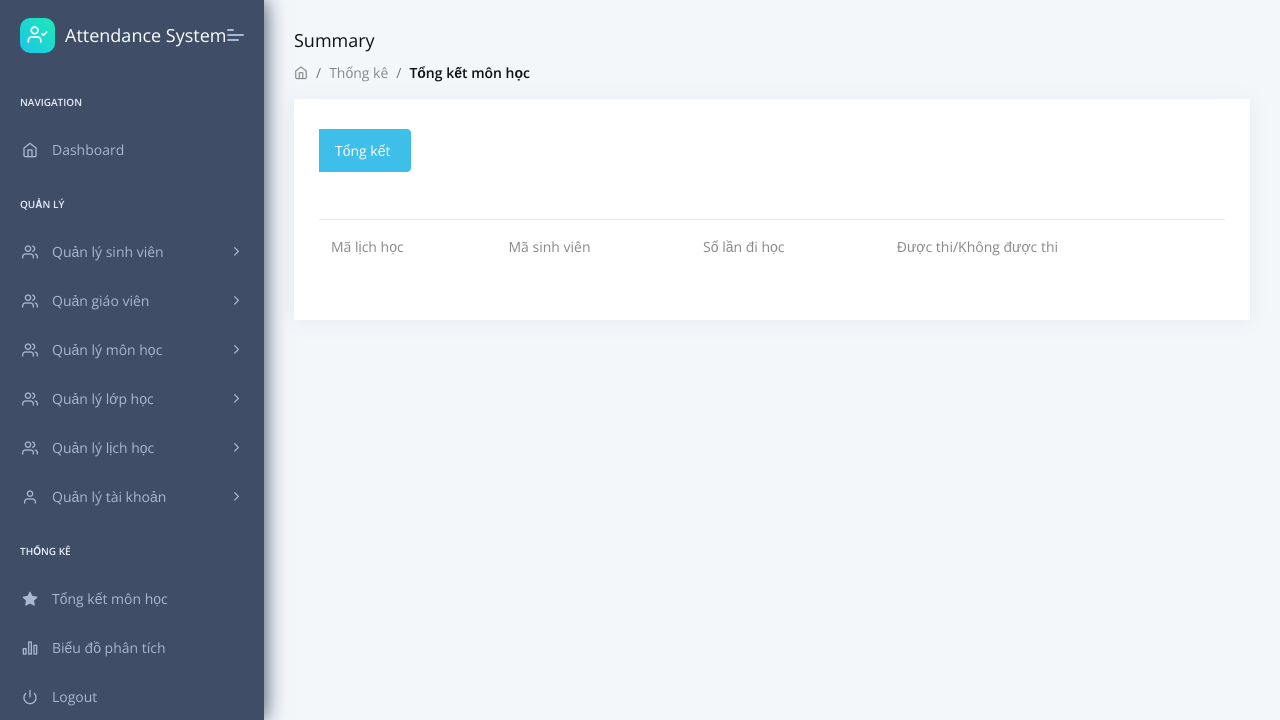
Repository: nguyen-tien-tai12112001/Python_Face_Recognition_Attendance
Page: apps/templates/home/summary/summary.html
These files come from the project's save history. The page is drawn as it stood at one moment and after the next save; the edit follows.
The browser window is 1280 px wide. The pictures show the whole page.
The template is drawn by Flask 3. The application's start-up code is not run. Other server files are loaded and not shown. The template is opened directly, without the code that normally fills it, so the values that code supplies are empty.

Above is the page before, as saved 2022-03-01 00:05:28.

### apps/templates/home/summary/summary.html

{% extends "layouts/base-admin.html" %}

{% block title %} Summary {% endblock %}

<!-- Specific CSS goes HERE -->
{% block stylesheets %}{% endblock stylesheets %}

{% block content %}

<div class="pcoded-content">
    <div class="pcoded-inner-content">
        <!-- [ breadcrumb ] start -->
        <div class="page-header">
            <div class="page-block">
                <div class="row align-items-center">
                    <div class="col-md-12">
                        <div class="page-header-title">
                            <h5 class="m-b-10">Summary</h5>
                        </div>
                        <ul class="breadcrumb">
                            <li class="breadcrumb-item"><a href="/"><i class="feather icon-home"></i></a></li>
                            <li class="breadcrumb-item"><a href="javascript:">Thống kê</a></li>
                            <li class="breadcrumb-item"><a href="javascript:">Tổng kết môn học</a></li>
                        </ul>
                    </div>
                </div>
            </div>
        </div>
        <!-- [ breadcrumb ] end -->
        <div class="main-body">
            <div class="page-wrapper">

                <!-- [ Main Content ] start -->
                <div class="row">

                    <!-- [ stiped-table ] start -->
                    <div class="col-xl-12">
                        <div class="card">


                            <div class="card-block table-border-style">

                                <div class="table-responsive">

                                    <form action="/summary_study" method="post" class="row">

                                        <button type="submit" name="study_summary" class="btn btn-info" title="Tổng kết" data-toggle="tooltip" style="margin-left: 10px;">Tổng kết</button>
                                        {% if msg %}
                                        <button type="submit" name="delete_summary" class="btn btn-danger" title="Xóa Tổng kết" data-toggle="tooltip" style="margin-left: 10px;">Xóa Tổng kết</button>
                                        {% endif %}
                                    </form>



                                    <br>
                                    <br>
                                    <table class="table table-striped">
                                        <thead>

                                            <td>Mã lịch học</td>
                                           <td>Mã sinh viên</td>
                                           <td>Số lần đi học</td>
                                           <td>Được thi/Không được thi</td>

                                        </thead>
                                        <tbody>
                                            {%for info in rows%}
                                                <tr>
                                                    {%for i in info%}
                                                    <td>{{ i }}</td>
                                                    {%endfor%}
                                                </tr>
                                            {%endfor%}
                                        </tbody>
                                     </table>
                                </div>
                            </div>

                        </div>
                    </div>
                    <!-- [ stiped-table ] end -->
                </div>
                <!-- [ Main Content ] end -->
            </div>
        </div>
    </div>
</div>

{% endblock content %}

<!-- Specific Page JS goes HERE  -->
{% block javascripts %}{% endblock javascripts %}

### apps/templates/layouts/base-admin.html
<!DOCTYPE html>
<html lang="en">

<head>
    <title>
        Attendance System - {% block title %}{% endblock %}
    </title>
    <!-- HTML5 Shim and Respond.js IE10 support of HTML5 elements and media queries -->
    <!-- WARNING: Respond.js doesn't work if you view the page via file:// -->
    <!--[if lt IE 10]>
		<script src="https://oss.maxcdn.com/libs/html5shiv/3.7.0/html5shiv.js"></script>
		<script src="https://oss.maxcdn.com/libs/respond.js/1.4.2/respond.min.js"></script>
		<![endif]-->
    <!-- Meta -->
    <meta charset="utf-8">
    <meta name="viewport" content="width=device-width, initial-scale=1.0, user-scalable=0, minimal-ui">
    <meta http-equiv="X-UA-Compatible" content="IE=edge" />
    <link rel="canonical" href="https://appseed.us/admin-dashboards/flask-dashboard-dattaable">

    <meta name="description" content="Datta Able Bootstrap admin template made using Bootstrap 4 and it has huge amount of ready made feature, UI components, pages which completely fulfills any dashboard needs." />
    <meta name="keywords" content="admin templates, bootstrap admin templates, bootstrap 4, dashboard, dashboard templets, sass admin templets, html admin templates, responsive, bootstrap admin templates free download,premium bootstrap admin templates, datta able, datta able bootstrap admin template, free admin theme, free dashboard template"/>
    <meta name="author" content="CodedThemes"/>

    <!-- Favicon icon -->
    <link rel="icon" href="/static/assets/images/favicon.ico" type="image/x-icon">
    <!-- fontawesome icon -->
    <link rel="stylesheet" href="/static/assets/fonts/fontawesome/css/fontawesome-all.min.css">
    <!-- animation css -->
    <link rel="stylesheet" href="/static/assets/plugins/animation/css/animate.min.css">
    <!-- vendor css -->
    <link rel="stylesheet" href="/static/assets/css/style.css">

    <!-- Specific CSS goes HERE -->
    {% block stylesheets %}{% endblock stylesheets %}

</head>

<body>

    <!-- [ Pre-loader ] start -->
    <div class="loader-bg">
        <div class="loader-track">
            <div class="loader-fill"></div>
        </div>
    </div>

    <!-- Top Bar -->
    {% include 'includes/navigation.html' %}

    <!-- SideBar -->
    {% include 'includes/sidebar-admin.html' %}

    <div class="pcoded-main-container">
        <div class="pcoded-wrapper">

            {% block content %}{% endblock content %}

        </div>
    </div>

    {% include 'includes/scripts.html' %}

    <!-- Specific Page JS goes HERE  -->
    {% block javascripts %}{% endblock javascripts %}

</body>
</html>

### apps/templates/includes/sidebar-admin.html

    <nav class="pcoded-navbar">
        <div class="navbar-wrapper">
            <div class="navbar-brand header-logo">
                <a target="_blank"
                   href="https://appseed.us/admin-dashboards/flask-datta-able" class="b-brand">
                    <div class="b-bg">
                        <i class="feather icon-user-check"></i>
                    </div>
                    <span class="b-title">Attendance System</span>
                </a>
                <a class="mobile-menu" id="mobile-collapse" href="javascript:"><span></span></a>
            </div>
            <div class="navbar-content scroll-div">
                <ul class="nav pcoded-inner-navbar">
                    <li class="nav-item pcoded-menu-caption">
                        <label>Navigation</label>
                    </li>
                    <li data-username=""
                        class="nav-item {% if 'index' in segment %} active {% endif %}">
                        <a href="/index" class="nav-link "><span class="pcoded-micon"><i class="feather icon-home"></i></span><span class="pcoded-mtext">Dashboard</span></a>
                    </li>
                    <li class="nav-item pcoded-menu-caption">
                        <label>Quản lý</label>
                    </li>
                    <li data-username="" class="nav-item pcoded-hasmenu">
                        <a href="javascript:" class="nav-link "><span class="pcoded-micon"><i class="feather icon-users"></i></span><span class="pcoded-mtext">Quản lý sinh viên</span></a>
                        <ul class="pcoded-submenu">
                            <li class=""><a href="/list-student.html" class="">Danh sách sinh viên</a></li>
                            <li class=""><a href="/add-student.html" class="">Thêm sinh viên mới</a></li>

                        </ul>
                    </li>
                    <li data-username="" class="nav-item pcoded-hasmenu">
                        <a href="javascript:" class="nav-link "><span class="pcoded-micon"><i class="feather icon-users"></i></span><span class="pcoded-mtext">Quản giáo viên</span></a>
                        <ul class="pcoded-submenu">
                            <li class=""><a href="/list-teacher.html" class="">Danh sách giáo viên</a></li>
                            <li class=""><a href="/add-teacher.html" class="">Thêm giáo viên</a></li>

                        </ul>
                    </li>

                    <li data-username="" class="nav-item pcoded-hasmenu">
                        <a href="javascript:" class="nav-link "><span class="pcoded-micon"><i class="feather icon-users"></i></span><span class="pcoded-mtext">Quản lý môn học</span></a>
                        <ul class="pcoded-submenu">
                            <li class=""><a href="/list-subject.html" class="">Danh sách môn học</a></li>
                            <li class=""><a href="/add-subject.html" class="">Thêm môn học</a></li>

                        </ul>
                    </li>

                    <li data-username="" class="nav-item pcoded-hasmenu">
                        <a href="javascript:" class="nav-link "><span class="pcoded-micon"><i class="feather icon-users"></i></span><span class="pcoded-mtext">Quản lý lớp học</span></a>
                        <ul class="pcoded-submenu">
                            <li class=""><a href="/list-class.html" class="">Danh sách lớp học</a></li>
                            <li class=""><a href="/add-class.html" class="">Tạo lớp</a></li>

                        </ul>
                    </li>

                    <li data-username="" class="nav-item pcoded-hasmenu">
                        <a href="javascript:" class="nav-link "><span class="pcoded-micon"><i class="feather icon-users"></i></span><span class="pcoded-mtext">Quản lý lịch học</span></a>
                        <ul class="pcoded-submenu">
                            <li class=""><a href="/list-schedule.html" class="">Danh sách lịch học</a></li>
                            <li class=""><a href="/add-schedule.html" class="">Thêm lịch học</a></li>

                        </ul>
                    </li>





                    <li data-username="" class="nav-item pcoded-hasmenu">
                        <a href="javascript:" class="nav-link "><span class="pcoded-micon"><i class="feather icon-user"></i></span><span class="pcoded-mtext">Quản lý tài khoản</span></a>
                        <ul class="pcoded-submenu">
                            <li class=""><a href="/list-user" class="">Danh sách tài khoản</a></li>
                            <li class=""><a href="/register.html" class="">Thêm tài khoản mới</a></li>

                        </ul>
                    </li>
                    <li class="nav-item pcoded-menu-caption">
                        <label>Thống kê</label>
                    </li>

                    <li data-username="Table bootstrap datatable footable"
                        class="nav-item {% if 'summany_study' in segment %} active {% endif %}">
                        <a href="/summary_study" class="nav-link "><span class="pcoded-micon"><i class="feather icon-star-on"></i></span><span class="pcoded-mtext">Tổng kết môn học</span></a>
                    </li>
                    <li data-username="Table bootstrap datatable footable"
                        class="nav-item {% if 'chart_analysis' in segment %} active {% endif %}">
                        <a href="/chart_analysis" class="nav-link "><span class="pcoded-micon"><i class="feather icon-bar-chart-2"></i></span><span class="pcoded-mtext">Biểu đồ phân tích</span></a>
                    </li>
                    <li data-username="Disabled Menu" class="nav-item">
                        <a href="{{ url_for('authentication_blueprint.logout') }}" class="nav-link">
                            <span class="pcoded-micon"><i class="feather icon-power"></i></span><span class="pcoded-mtext">Logout</span>
                        </a>
                    </li>
                </ul>
            </div>
        </div>
    </nav>

Loaded but not shown: apps/templates/includes/navigation.html (common file); apps/templates/includes/scripts.html (common file); apps/static/assets/fonts/fontawesome/css/fontawesome-all.min.css (library); apps/static/assets/plugins/animation/css/animate.min.css (library); apps/static/assets/css/style.css (library); apps/static/assets/js/vendor-all.min.js (library); apps/static/assets/plugins/bootstrap/js/bootstrap.min.js (library); apps/static/assets/js/pcoded.min.js (library); apps/static/assets/plugins/bootstrap/css/bootstrap.min.css (library); apps/static/assets/fonts/feather/css/feather.css (common file); apps/static/assets/plugins/jquery-scrollbar/css/jquery.scrollbar.min.css (common file); apps/static/assets/fonts/datta/datta-icon.css (common file)

After the next save:
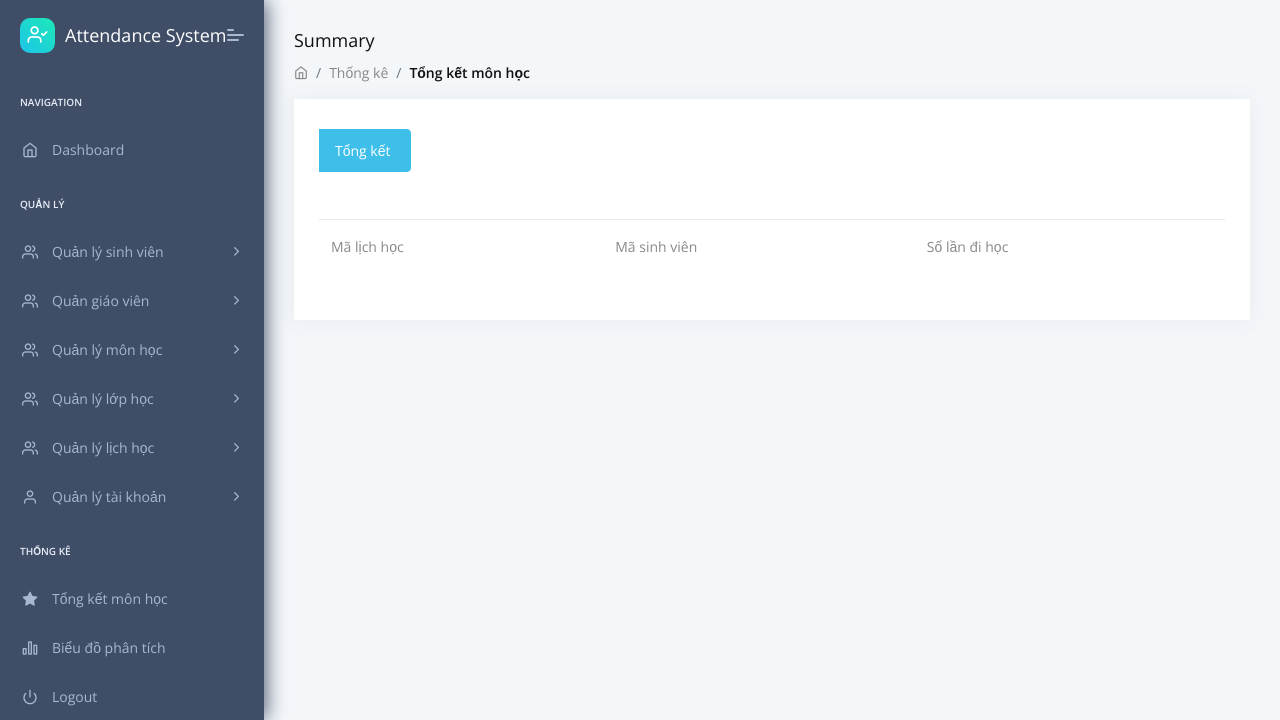
Saved 39 s later.
--- a/apps/templates/home/summary/summary.html
+++ b/apps/templates/home/summary/summary.html
@@ -61,7 +61,6 @@
                                             <td>Mã lịch học</td>
                                            <td>Mã sinh viên</td>
                                            <td>Số lần đi học</td>
-                                           <td>Được thi/Không được thi</td>
 
                                         </thead>
                                         <tbody>
